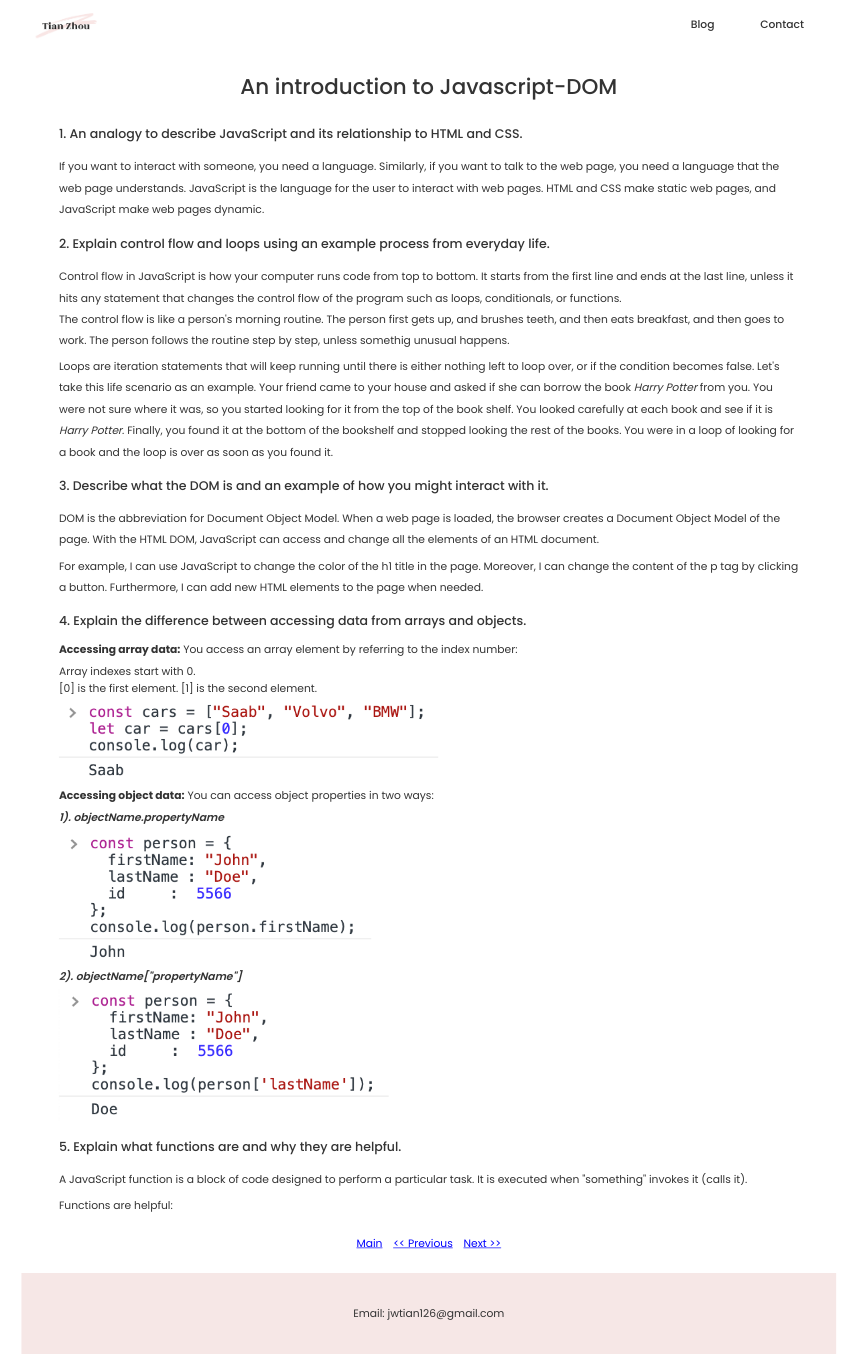
Repository: Tiaanz/Tiaanz.github.io
Page: blog/javascript-dom.html
An editor plug-in stored every save of this project. The page is shown before and after the next save, followed by the edit.
The browser window is 1280 px wide. The pictures show the whole page, at 67% of full size.

Above is the page before, as saved 2023-01-25 16:57:20.

### blog/javascript-dom.html
<!DOCTYPE html>
<html lang="en">

<head>
    <meta charset="UTF-8">
    <meta http-equiv="X-UA-Compatible" content="IE=edge">
    <meta name="viewport" content="width=device-width, initial-scale=1.0">
    <link rel="stylesheet" href="../styles/main.css">
    <link href="https://fonts.googleapis.com/css2?family=Poppins:wght@300;400;500;600;700;800&display=swap"
        rel="stylesheet">
    <title>Tech Blog(Javascript-DOM)</title>
</head>

<body>
    <div class="container">
        <header>
            <div class="logo">
                <a href="../index.html"><img src="../images/logo.png" alt="logo"></a>
            </div>
            <div class="nav">
                <a href="../index.html#blogs">Blog</a>
                <a href="#footer">Contact</a>
            </div>
        </header>
        <main class="main-blog">
            <h1>An introduction to Javascript-DOM</h1>
            <h3>1. An analogy to describe JavaScript and its relationship to HTML and CSS.</h3>
            <p>
                If you want to interact with someone, you need a language. Similarly, if you want to talk to
                the web page, you need a language that the web page understands. JavaScript is the language for the user
                to interact with web pages.
                HTML and CSS make static web pages, and JavaScript make web pages dynamic.
            </p>
            <h3>2. Explain control flow and loops using an example process from everyday life.</h3>
            <p>
                Control flow in JavaScript is how your computer runs code from top to bottom. It starts
                from the first line and ends at the last line, unless it hits any statement that changes the control
                flow of the program such as loops, conditionals, or functions.<br />
                The control flow is like a person's morning routine. The person first gets up, and brushes teeth, and
                then eats breakfast, and then goes to work.
                The person follows the routine step by step, unless somethig unusual happens.
            </p>
            <p>
                Loops are iteration statements that will keep running until there is either nothing left to loop over,
                or if the condition becomes false.
                Let's take this life scenario as an example. Your friend came to your house and asked if she can borrow
                the book <i>Harry Potter</i> from you. You were not
                sure where it was, so you started looking for it from the top of the book shelf. You looked carefully at
                each book and see if it is <i>Harry Potter</i>.
                Finally, you found it at the bottom of the bookshelf and stopped looking the rest of the books. You were
                in a loop of looking for a book and the loop is over as soon as you found it.
            </p>
            <h3>3. Describe what the DOM is and an example of how you might interact with it.</h3>
            <p>DOM is the abbreviation for Document Object Model. When a web page is loaded, the browser creates a Document Object Model of the page. With the HTML DOM, JavaScript can access and change all the elements of an HTML document.</p>
            <p>
                For example, I can use JavaScript to change the color of the h1 title in the page. Moreover, I can change the content of the p tag by clicking a button.
                Furthermore, I can add new HTML elements to the page when needed.
            </p>
            <h3>4. Explain the difference between accessing data from arrays and objects.</h3>
            <ul>
                <li> <b>Accessing array data:</b> You access an array element by referring to the index number: </li>
                <li>Array indexes start with 0.<br/>
                    [0] is the first element. [1] is the second element.</li>
                <li><img src="../images/array.png" alt="array"></li>
                <li><b>Accessing object data:</b> You can access object properties in two ways: </li>
                <li style="font-weight: 600;"><i>1). objectName.propertyName</i></li>
                <li><img src="../images/object1.png" alt="object"></li>
                <li style="font-weight:600"><i>2). objectName["propertyName"]</i></li>
                <li><img src="../images/object2.png" alt="object"></li>
            </ul>
            <h3>5. Explain what functions are and why they are helpful.</h3>
            <p>A JavaScript function is a block of code designed to perform a particular task. It is executed when "something" invokes it (calls it).</p>
            <p>Functions are helpful:</p>
            <ul>
                <li></li>
            </ul>
            <div class="page-nav">
                <a href="../index.html">Main</a>
                <a href="./learning-plan.html"> &lt&lt Previous</a>
                <a href="#">Next >></a>
            </div>
        </main>
        <footer id="footer">
            <span>Email: jwtian126@gmail.com</span>
        </footer>
    </div>
</body>

</html>

### styles/main.css
* {
  margin: 0;
  padding: 0;
  box-sizing: border-box;
}

a {
  text-decoration: none;
  color: #333;
}



li{
  list-style: none;
}

img {
  max-width: 100%;
  height: auto;
  vertical-align: middle;
}

body {
  font-family: "Poppins", sans-serif;
  color: #333;
}

.container {
  display: flex;
  flex-direction: column;
  width: 95vw;
  margin: 0 auto;

}

header {
  display: flex;
  justify-content: space-between;
  align-items: center;
  padding: 1rem;
}

.logo {
  width: 100px;
  height: auto;
}



.nav a {
  margin: 0 1rem;
  padding: 0 1rem;
  font-weight: 500;
}

.nav a:hover {
  background-color: #f6e7e6;
}

main {
  display: flex;
  padding: 2rem 3rem;
}

main .profile-image {
  width: 100%;
  flex: 1.5;
  margin-right: 2rem;

}

main .introduction {
  flex: 1;
}

main .introduction h1 {
  margin-bottom: 1.5rem;
  font-weight: 500;
  font-size: 2.5rem;
}

main .introduction p {
  line-height: 2rem;
}

.blogs{
  display: flex;
  padding:1rem 3rem;
  margin-bottom: 2rem;

}

.blogs .tech-blog, .blogs .core-blog {
  flex:1;
  padding:0 3px;
  margin:0 3rem;
  text-align: center;
  border:2px solid #f6e7e6;
  border-radius: 20px;
}



.blogs h3{
  margin: 1rem 0;
  font-weight: 600;
  text-align: center;

}



.blogs a{
  text-decoration: underline;
  line-height: 2rem;
}

.main-blog{
    flex-direction: column;
    align-self: center;
    max-width: 1200px;
}

.main-blog h1{
  margin-bottom: 1rem;
  text-align: center;
  font-size: 2rem;
  font-weight: 500;

}

.main-blog h3{
  font-weight: 500;
  margin:1rem 0;
}

.main-blog ul li{
  margin-bottom: 0.5rem;
}

.main-blog .css-image{
 max-width: 300px;
 margin: 1rem 0;
}

.main-blog .div-image{
  max-width: 600px;
  margin-top: 1rem;
 }

 .main-blog p{
  margin: 0.2rem 0;
  line-height: 2rem;
 }

 .main-blog .page-nav{
  margin-top: 1rem;
  display: flex;
  gap:1rem;
  justify-content: center;
 }

 .main-blog .page-nav a{
  color:blue;
  text-decoration: underline;
 }

footer {
  padding: 3rem;
  background-color: #f6e7e6;
  text-align: center;
}

@media screen and (max-width: 1200px) {
  main {
    flex-direction: column;
  }

  main .introduction h1 {
    margin-top: 1rem;
    text-align: center;
  }

  main .introduction p {
    line-height: 2rem;
  }

  .blogs{
  flex-direction: column;
  gap:2rem;
  }

  .blogs .tech-blog, .blogs .core-blog{
    margin:0;
  }

}

@media screen and (max-width: 768px) {
  main {
    padding: 2rem;
  }

  main .introduction h1 {
    font-size: 2rem;
  }

  .main-blog h1{
    font-size: 1.5rem;
  }
}

@media screen and (max-width: 400px) {

    .nav a {
        margin: 0;
        padding: 0 0.4rem;
      }

      .blogs a{
        line-height: 2.5rem;
      }

  }

@media screen and (max-width: 320px) {


  main .introduction h1 {
    font-size: 1rem;
    margin-bottom: 1rem;
  }

  .main-blog h1{
    font-size: 1.2rem;
  }
}

After the next save:
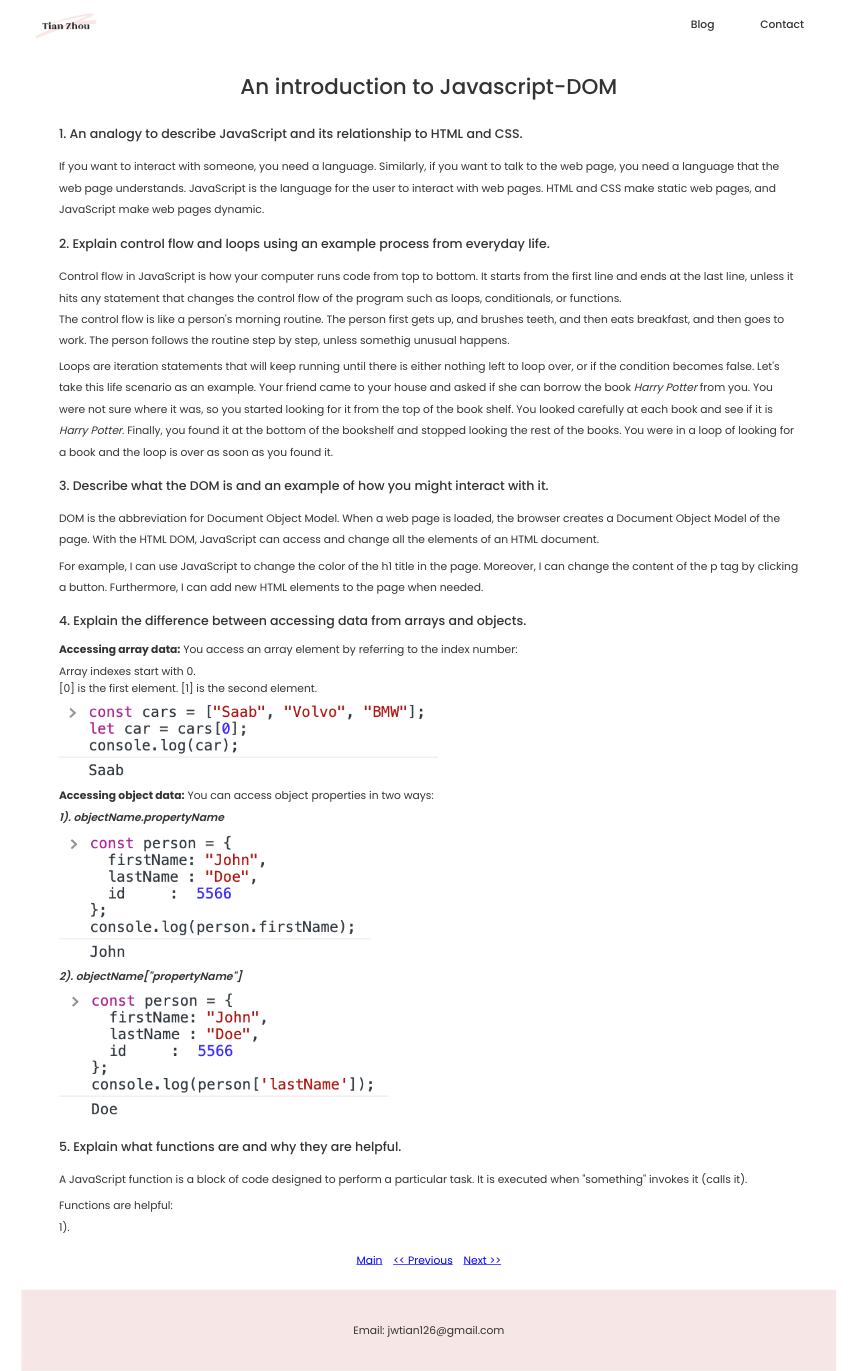
Saved 12 s later.
--- a/blog/javascript-dom.html
+++ b/blog/javascript-dom.html
@@ -72,7 +72,7 @@
             <p>A JavaScript function is a block of code designed to perform a particular task. It is executed when "something" invokes it (calls it).</p>
             <p>Functions are helpful:</p>
             <ul>
-                <li></li>
+                <li>1). </li>
             </ul>
             <div class="page-nav">
                 <a href="../index.html">Main</a>
